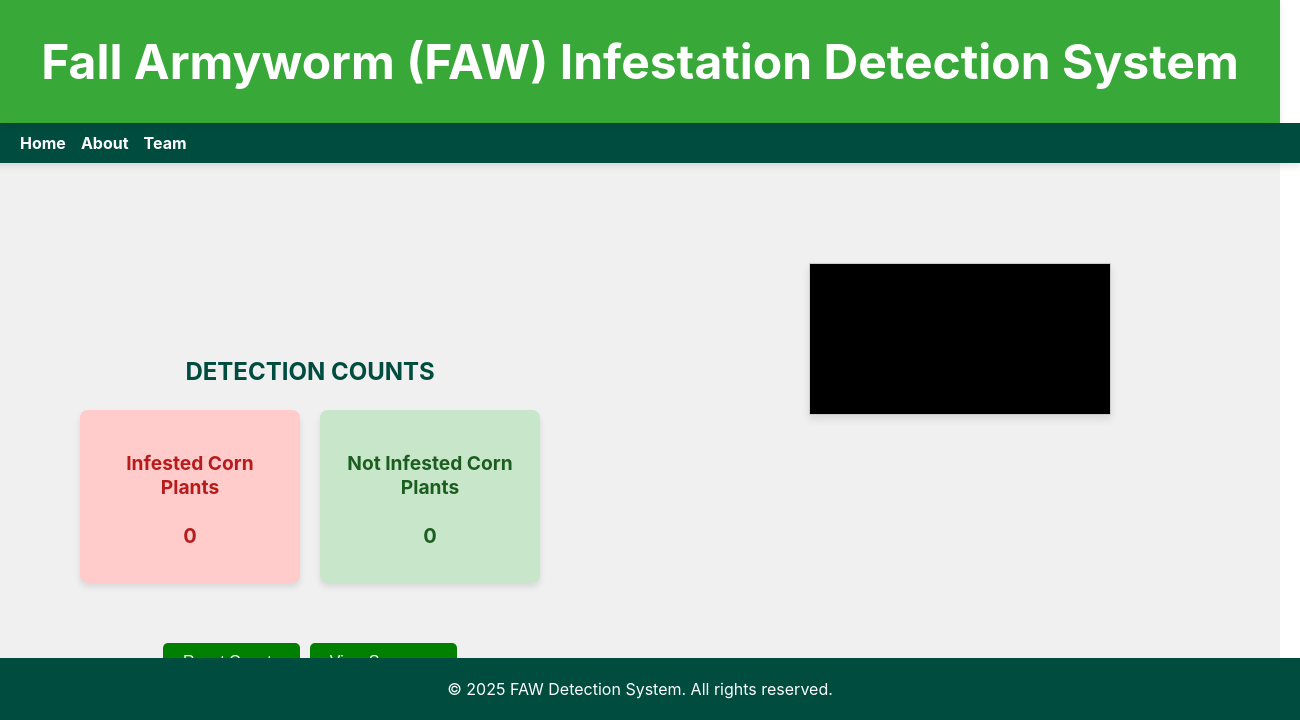
Repository: jansen223/faw-detection-main
Page: /
The author's editor kept a copy of each file at every save. The page is drawn from the files as they stood at one save, then again after the next save.
The browser window is 1280 px wide. The page is 1300 px wide, then 1280 px, so the pictures cover 1300 px, including what lies to the right of the window. The pictures show the whole page.
The page's requests for data from a server got no answer. The project was rebuilt for these pictures with package versions that can differ from the ones it lists, and the page was loaded fresh each time. No one was signed in, and anything a server would have sent is missing. Also part of the build but not shown: src/pages/About.css, src/pages/About.js, src/pages/Team.css, src/pages/Team.js, src/pages/Summary.css, src/pages/Summary.js.

Above is the page before, as saved 2025-04-10 18:28:13.

After the next save:
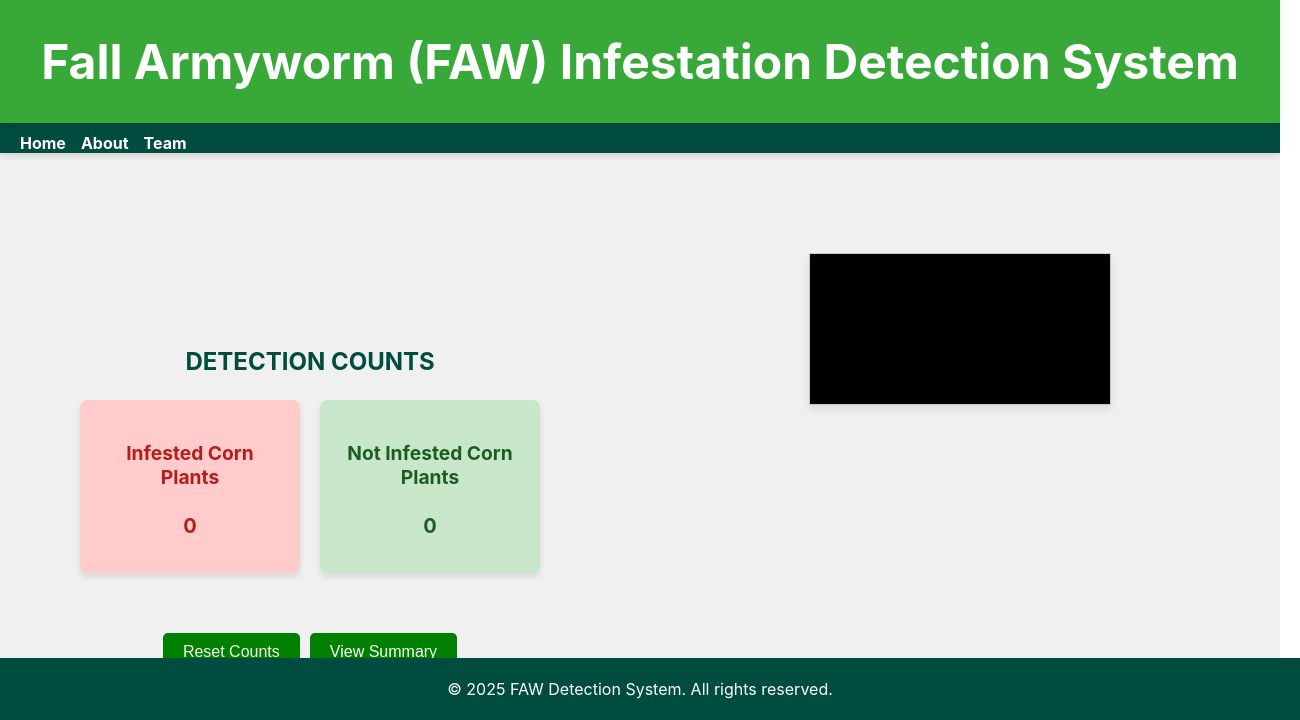
Saved 33 s later.
--- a/src/App.css
+++ b/src/App.css
@@ -34,7 +34,7 @@ body {
 .App-navbar {
   background-color: #004d40;
   color: white;
-  padding: 10px 20px;
+  padding-top: 10px;
   display: flex;
   justify-content: space-between;
   align-items: center;
